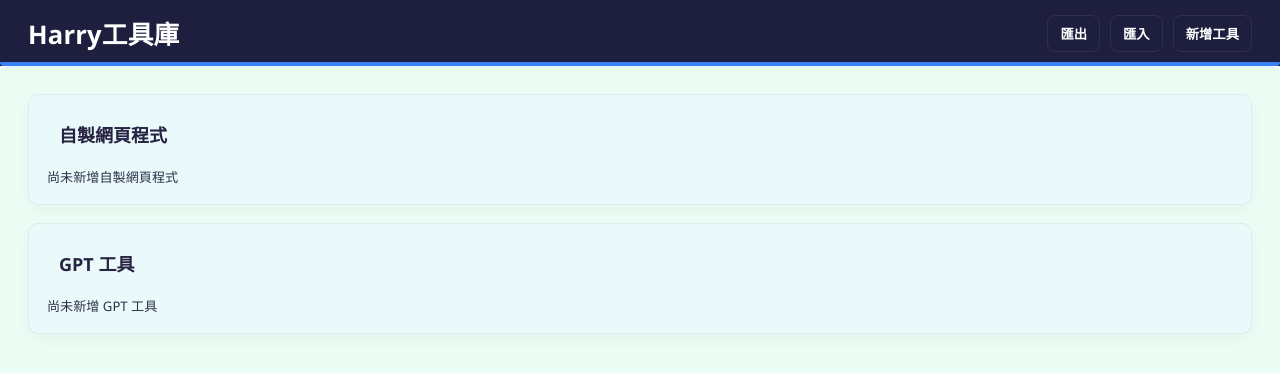
Repository: Harry985991/bmcvibecoding
Page: personal_tool_portal.html
The author's editor kept a copy of each file at every save. The page is drawn from the files as they stood at one save, then again after the next save.
The browser window is 1280 px wide. The pictures show the whole page.

Above is the page before, as saved 2025-08-22 23:31:43.

After the next save:
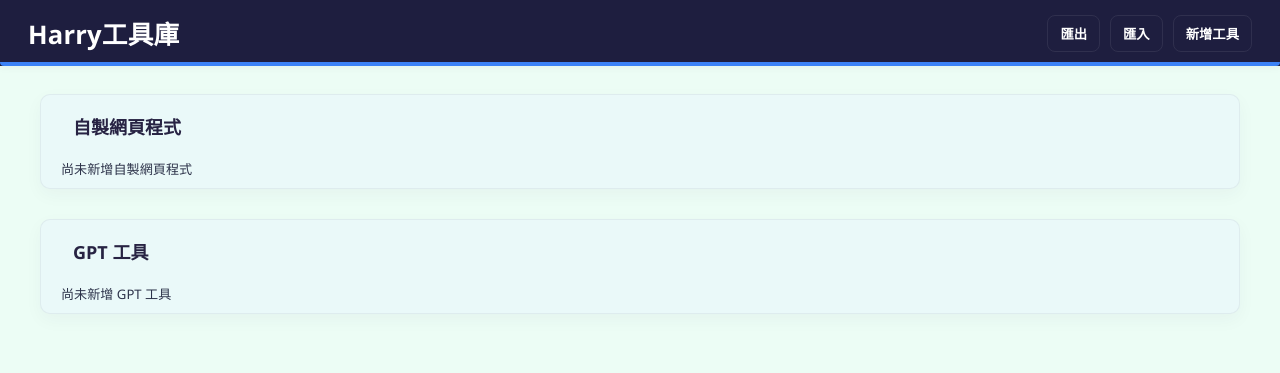
Saved 3 min 58 s later.
--- a/personal_tool_portal.html
+++ b/personal_tool_portal.html
@@ -110,13 +110,15 @@ main {
   padding: 28px;
   display: grid;
   grid-template-columns: 1fr;
-  gap: 18px;
+  gap: 30px;               /* 區塊間距改為 30px */
+  max-width: 1200px;       /* 讓內容置中並維持一致左右對齊 */
+  margin: 0 auto;
 }
 
 /* section container */
 .section {
   background: var(--section-bg); /* 使用淡藍色，與附件一致 */
-  padding: 18px;
+  padding: 10px 20px;    /* 上下 10px，左右 20px */
   border-radius: 10px;
   box-shadow: 0 6px 18px rgba(39,35,67,0.04);
   border: 1px solid var(--card-border);
@@ -143,63 +145,31 @@ main {
 /* grid & cards */
 .grid {
   display: grid;
-  /* 減小每張卡片的最小寬度，讓卡片看起來更窄一些 */
-  grid-template-columns: repeat(auto-fill, minmax(220px, 1fr));
-  gap: 14px;
+  /* 每列最多 3 個卡片；卡片最小寬度約 300px，最大自動延伸填滿 */
+  grid-template-columns: repeat(3, minmax(300px, 1fr));
+  gap: 20px;               /* 水平與垂直間距均為 20px */
+  align-items: stretch;    /* 強制卡片同高 */
 }
 
 /* card: deep style */
 .card {
   background: var(--card-dark);
   color: #ffffff;
-  border: 1px solid transparent;          /* 預設無邊框，hover 顯示微亮邊框 */
+  border: 1px solid transparent;
   border-radius: 12px;
   padding: 16px;
   display: flex;
   flex-direction: column;
-  justify-content: space-between;
+  justify-content: flex-start;
   box-shadow: 0 8px 24px rgba(44,44,84,0.14);
-  min-height: 140px;
+  min-height: 220px;       /* 統一卡片高度基準 */
+  height: 100%;            /* 配合 grid align-items:stretch 同高 */
   transition: box-shadow 160ms ease, transform 160ms ease, border-color 160ms ease;
 }
 
-/* hover: 微亮邊框與互動感 */
-.card:hover {
-  box-shadow: 0 12px 32px rgba(44,44,84,0.24);
-  transform: translateY(-4px);
-  border-color: rgba(255,255,255,0.10); /* 微亮邊框 */
-}
-
-.card-head {
-  display:flex;
-  align-items:center;
-  gap:10px;
-  margin-bottom:8px;
-}
-/* title as light-blue badge (button-like) */
-.card h3 {
-  margin: 0;
-  display: inline-block;
-  background: var(--title-blue);
-  color: var(--primary);
-  padding: 8px 12px;
-  border-radius: 999px;
-  font-size: 18px;              /* 工具名稱 18px */
-  font-weight: 700;             /* 粗體 */
-  line-height: 1;
-  box-shadow: inset 0 -1px 0 rgba(0,0,0,0.02);
-}
-
-/* description */
-.card p {
-  font-size: 13px;              /* 說明文字 12~14px */
-  color: #9CA3AF;               /* 更新為指定的淡色 */
-  margin: 8px 0 12px 0;
-  flex-grow: 1;
-}
-
-/* actions area layout */
-.card-actions { margin-top: 8px; display:flex; justify-content:space-between; gap:12px; align-items:center; }
+/* ensure actions stay bottom (consistent spacing) */
+.card p { margin-bottom: 12px; }
+.card-actions { margin-top: auto; display:flex; justify-content:space-between; gap:12px; align-items:center; }
 
 /* visit link: 亮藍色 #3B82F6，白字 */
 .visit-btn {
